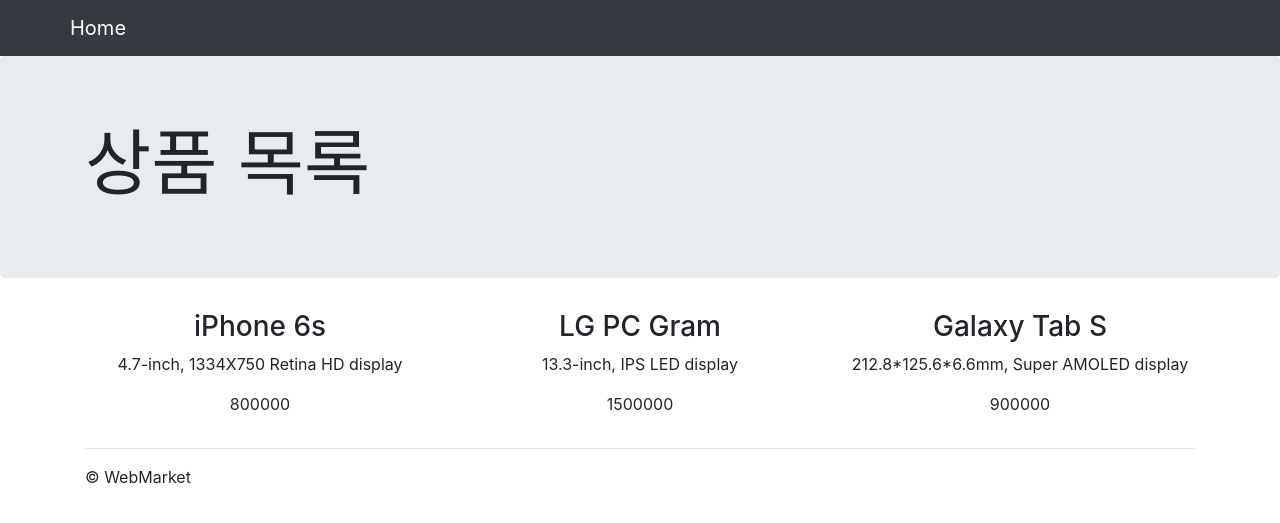
Repository: SeoHyungjun/Java_study
Page: http://localhost/WebMarket/products.jsp
An editor plug-in stored every save of this project. The page is shown before and after the next save, followed by the edit.
The browser window is 1280 px wide. The pictures show the whole page.
The page is served by Tomcat 9.

Above is the page before, as saved 2022-09-21 12:09:28.

After the next save:
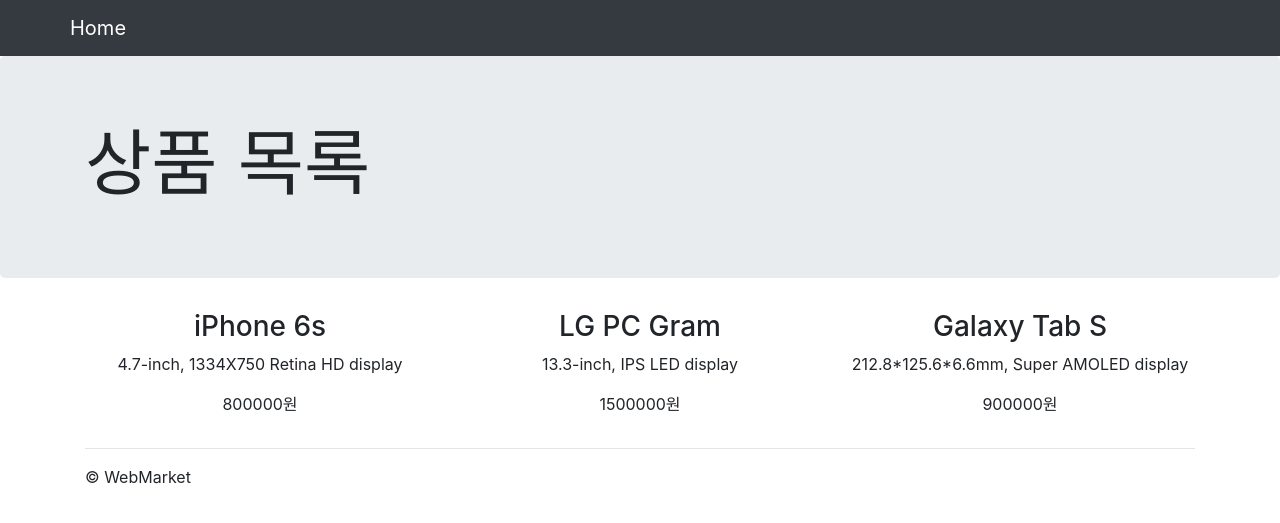
Saved 31 s later.
--- a/eclipse_web_server/eclipse-workspace/WebMarket/src/main/webapp/products.jsp
+++ b/eclipse_web_server/eclipse-workspace/WebMarket/src/main/webapp/products.jsp
@@ -27,7 +27,7 @@
 			<div class="col-md-4">
 				<h3><%= product.getPname()%></h3>
 				<p><%= product.getDescription() %>
-				<p><%= product.getUnitPrice() %>
+				<p><%= product.getUnitPrice() %>원
 			</div>
 			<%
 				}
